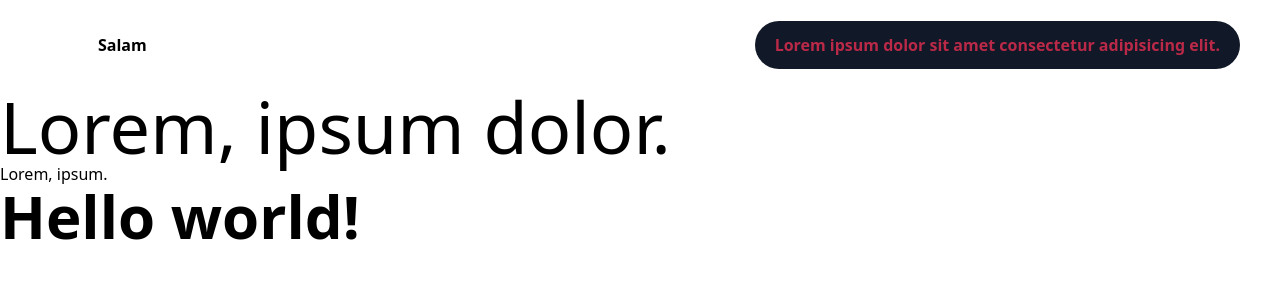
Repository: khaled-m1/Blog-Next.js
Page: /
These files come from the project's save history. The page is drawn as it stood at one moment and after a run of saves; the edit follows.
The browser window is 1280 px wide. The pictures show the whole page.
The project was rebuilt for these pictures with package versions that can differ from the ones it lists, and the page was loaded fresh each time. The framework's server and built-in components were replaced by stand-ins that run in the browser. Also part of the build but not shown: next.config.js.

Above is the page before, as saved 2023-01-15 23:44:29.

### app/layout.tsx
import "../styles/globals.css";

export default function RootLayout({
  children,
}: {
  children: React.ReactNode;
}) {
  return (
    <html>
      <body>{children}</body>
    </html>
  );
}

### app/(user)/layout.tsx
import { Bannar } from "../../components/Bannar";
import Header from "../../components/Header";
import "../../styles/globals.css";

export default function RootLayout({
  children,
}: {
  children: React.ReactNode;
}) {
  return (
    <html>
      <body>
        <Header />
        <Bannar />
        {children}
      </body>
    </html>
  );
}

### app/(user)/page.tsx
export default function HomePage() {
  return <h1 className="text-6xl  font-bold ">Hello world!</h1>;
}

### styles/globals.css
:root {
  --max-width: 1100px;
  --border-radius: 12px;
  --font-mono: ui-monospace, Menlo, Monaco, "Cascadia Mono", "Segoe UI Mono",
    "Roboto Mono", "Oxygen Mono", "Ubuntu Monospace", "Source Code Pro",
    "Fira Mono", "Droid Sans Mono", "Courier New", monospace;

  --foreground-rgb: 0, 0, 0;
  --background-start-rgb: 214, 219, 220;
  --background-end-rgb: 255, 255, 255;

  --primary-glow: conic-gradient(
    from 180deg at 50% 50%,
    #16abff33 0deg,
    #0885ff33 55deg,
    #54d6ff33 120deg,
    #0071ff33 160deg,
    transparent 360deg
  );
  --secondary-glow: radial-gradient(
    rgba(255, 255, 255, 1),
    rgba(255, 255, 255, 0)
  );

  --tile-start-rgb: 239, 245, 249;
  --tile-end-rgb: 228, 232, 233;
  --tile-border: conic-gradient(
    #00000080,
    #00000040,
    #00000030,
    #00000020,
    #00000010,
    #00000010,
    #00000080
  );

  --callout-rgb: 238, 240, 241;
  --callout-border-rgb: 172, 175, 176;
  --card-rgb: 180, 185, 188;
  --card-border-rgb: 131, 134, 135;
}

@media (prefers-color-scheme: dark) {
  :root {
    --foreground-rgb: 255, 255, 255;
    --background-start-rgb: 0, 0, 0;
    --background-end-rgb: 0, 0, 0;

    --primary-glow: radial-gradient(rgba(1, 65, 255, 0.4), rgba(1, 65, 255, 0));
    --secondary-glow: linear-gradient(
      to bottom right,
      rgba(1, 65, 255, 0),
      rgba(1, 65, 255, 0),
      rgba(1, 65, 255, 0.3)
    );

    --tile-start-rgb: 2, 13, 46;
    --tile-end-rgb: 2, 5, 19;
    --tile-border: conic-gradient(
      #ffffff80,
      #ffffff40,
      #ffffff30,
      #ffffff20,
      #ffffff10,
      #ffffff10,
      #ffffff80
    );

    --callout-rgb: 20, 20, 20;
    --callout-border-rgb: 108, 108, 108;
    --card-rgb: 100, 100, 100;
    --card-border-rgb: 200, 200, 200;
  }
}
* {
  box-sizing: border-box;
  padding: 0;
  margin: 0;
}

html,
body {
  max-width: 100vw;
  overflow-x: hidden;
}

/* body {
  color: rgb(var(--foreground-rgb));
  background: linear-gradient(
      to bottom,
      transparent,
      rgb(var(--background-end-rgb))
    )
    rgb(var(--background-start-rgb));
} */

a {
  color: inherit;
  text-decoration: none;
}

@media (prefers-color-scheme: dark) {
  html {
    color-scheme: dark;
  }
}

@tailwind base;
@tailwind components;
@tailwind utilities;

### components/Bannar.tsx
import React from "react";

export const Bannar = () => {
  return (
    <div>
      <div>
        <h1 className="text-7xl">Lorem, ipsum dolor.</h1>
      <h2 className="mt-5 md:mt-0">
        Lorem, ipsum.
      </h2>
      </div>
    </div>
  );
};

### components/Header.tsx
import Image from "next/image";
import Link from "next/link";
import Logo from "../img/LOGO2.png";
import {
  BoltIcon,
  DevicePhoneMobileIcon,
  GlobeAltIcon,
  ScaleIcon,
} from "@heroicons/react/24/outline";
const Header = () => {
  const features = [
    {
      name: "Competitive exchange rates",
      description:
        "Lorem ipsum, dolor sit amet consectetur adipisicing elit. Maiores impedit perferendis suscipit eaque, iste dolor cupiditate blanditiis ratione.",
      icon: GlobeAltIcon,
    },
    {
      name: "No hidden fees",
      description:
        "Lorem ipsum, dolor sit amet consectetur adipisicing elit. Maiores impedit perferendis suscipit eaque, iste dolor cupiditate blanditiis ratione.",
      icon: ScaleIcon,
    },
    {
      name: "Transfers are instant",
      description:
        "Lorem ipsum, dolor sit amet consectetur adipisicing elit. Maiores impedit perferendis suscipit eaque, iste dolor cupiditate blanditiis ratione.",
      icon: BoltIcon,
    },
    {
      name: "Mobile notifications",
      description:
        "Lorem ipsum, dolor sit amet consectetur adipisicing elit. Maiores impedit perferendis suscipit eaque, iste dolor cupiditate blanditiis ratione.",
      icon: DevicePhoneMobileIcon,
    },
  ];
  return (
    <div className="flex items-center justify-between space-x-2 font-bold px-10 py-5">
      <div className="flex items-center space-x-2">
        <Link href="/">
          <Image
            className="rounded-full"
            src={Logo}
            width={50}
            height={50}
            alt="logo"
          />
        </Link>
        <h1>Salam</h1>
      </div>
      {/* 2 */}
      <div>
      <Link href="/" className="px-5 py-3 text-sm md:text-base bg-gray-900 text-[#BA2948] flex items-center rounded-full text-center">
          Lorem ipsum dolor sit amet consectetur adipisicing elit.
        </Link>
      </div>
    </div>
  );
};

export default Header;

Loaded but not shown: tailwind.config.js (common file)

After the next 5 saves:
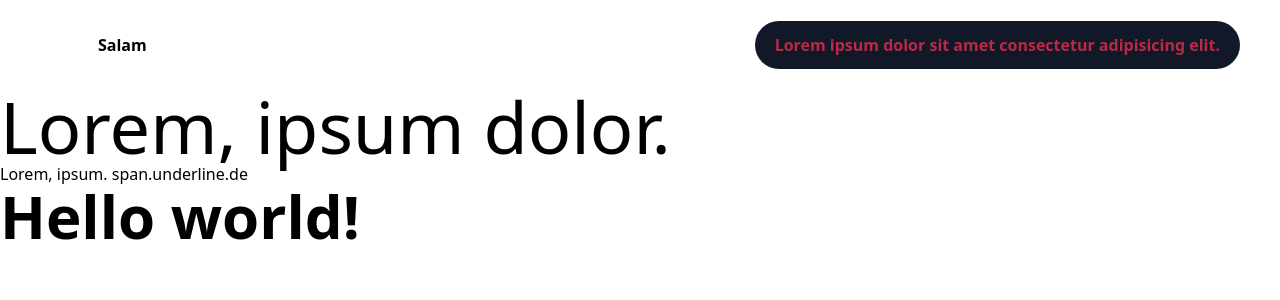
The 5 saves are shown as one change because they came seconds apart.
The last was saved 14 s later.
--- a/components/Bannar.tsx
+++ b/components/Bannar.tsx
@@ -7,6 +7,7 @@ export const Bannar = () => {
         <h1 className="text-7xl">Lorem, ipsum dolor.</h1>
       <h2 className="mt-5 md:mt-0">
         Lorem, ipsum.
+        span.underline.de
       </h2>
       </div>
     </div>
